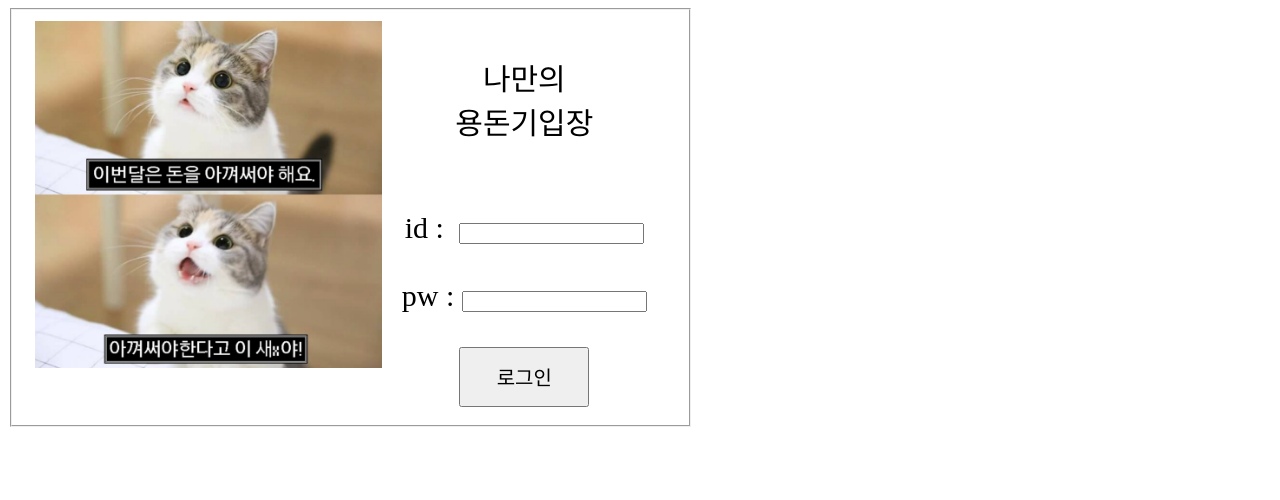
Repository: hus0124/M-IT
Page: JSP_Workspaces/pocketMoneyDiary/WebContent/index.html
An editor plug-in stored every save of this project. The page is shown before and after the next save, followed by the edit.
The browser window is 1280 px wide. The pictures show the whole page.

Above is the page before, as saved 2020-01-03 00:12:54.

### JSP_Workspaces/pocketMoneyDiary/WebContent/index.html
<!DOCTYPE html>
<html>
<head>
<meta charset="EUC-KR">
<title>완성</title>
<style>
body {font-size:30px}
@media (max-width:780px){
#title {font-size:10px }

}
</style>
</head>
<body>
	<fieldset style="width:50%; height:auto; text-align:center">
	<form action="result.jsp" method="get">

		<img src="catmoney.png" style="width:55%; height:auto; float:left">
		<br><div id="title">나만의<br>용돈기입장</div><br><br>
		id :&nbsp;&nbsp;<input type="text" name = "id"><br><br>
		pw : <input type="text" name = "pw"><br><br>
		<input type="submit" value = "로그인" style="width:130px;height:60px;font-size:20px;">

	</form>
	</fieldset>
</body>
</html>

After the next save:
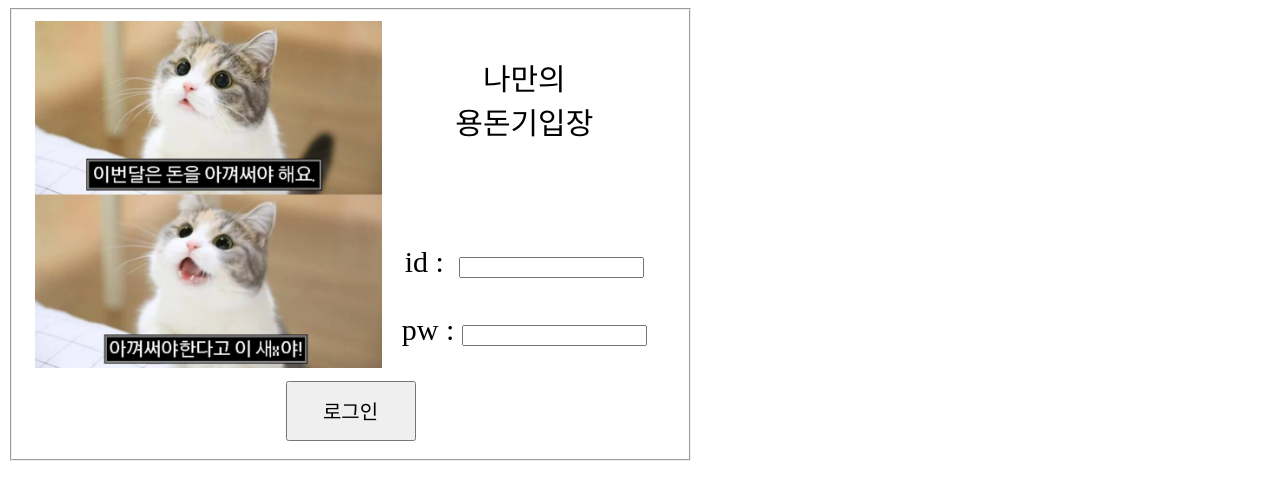
Saved 28 s later.
--- a/JSP_Workspaces/pocketMoneyDiary/WebContent/index.html
+++ b/JSP_Workspaces/pocketMoneyDiary/WebContent/index.html
@@ -16,7 +16,7 @@ body {font-size:30px}
 	<form action="result.jsp" method="get">
 
 		<img src="catmoney.png" style="width:55%; height:auto; float:left">
-		<br><div id="title">나만의<br>용돈기입장</div><br><br>
+		<br><div id="title">나만의<br>용돈기입장</div><br><br><br>
 		id :&nbsp;&nbsp;<input type="text" name = "id"><br><br>
 		pw : <input type="text" name = "pw"><br><br>
 		<input type="submit" value = "로그인" style="width:130px;height:60px;font-size:20px;">
